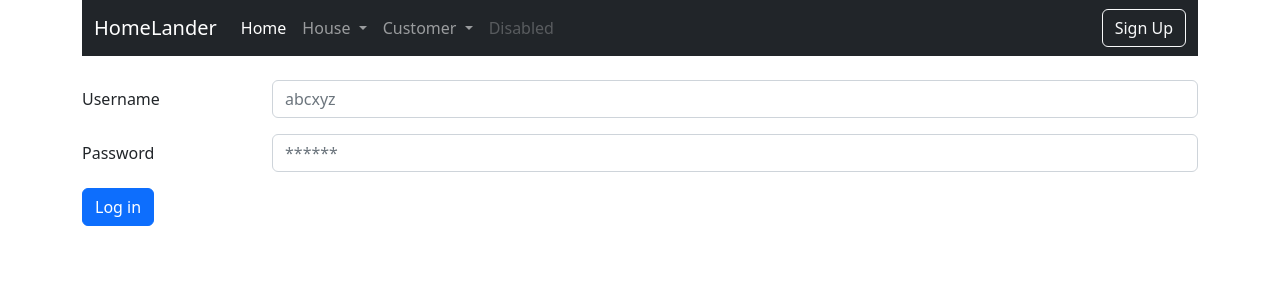
Repository: nguyenhung50497/MD3_caseStudy
Page: src/views/login.html
The author's editor kept a copy of each file at every save. The page is drawn from the files as they stood at one save, then again after a run of saves.
The browser window is 1280 px wide. The pictures show the whole page.

Above is the page before, as saved 2023-01-03 16:55:08.

### src/views/login.html
<!doctype html>
<html lang="en">
  <head>
    <meta charset="utf-8">
    <meta name="viewport" content="width=device-width, initial-scale=1">
    <title>Home</title>
    <link href="https://cdn.jsdelivr.net/npm/bootstrap@5.2.3/dist/css/bootstrap.min.css" rel="stylesheet" integrity="sha384-rbsA2VBKQhggwzxH7pPCaAqO46MgnOM80zW1RWuH61DGLwZJEdK2Kadq2F9CUG65" crossorigin="anonymous">
  </head>
  <body>
    <div class="container" style="width: 90%;">
      <nav class="navbar navbar-dark bg-dark navbar-expand-lg">
        <div class="container-fluid">
          <a class="navbar-brand" href="/house/home">HomeLander</a>
          <button class="navbar-toggler" type="button" data-bs-toggle="collapse" data-bs-target="#navbarSupportedContent" aria-controls="navbarSupportedContent" aria-expanded="false" aria-label="Toggle navigation">
            <span class="navbar-toggler-icon"></span>
          </button>
          <div class="collapse navbar-collapse" id="navbarSupportedContent">
            <ul class="navbar-nav me-auto mb-2 mb-lg-0">
              <li class="nav-item">
                <a class="nav-link active" aria-current="page" href="/house/home">Home</a>
              </li>
              <li class="nav-item dropdown">
                <a class="nav-link dropdown-toggle" href="#" role="button" data-bs-toggle="dropdown" aria-expanded="false">
                  House
                </a>
                <ul class="dropdown-menu">
                  <li><a class="dropdown-item" href="/house/create">Create New House</a></li>
                  <li><a class="dropdown-item" href="/house/home">Search House</a></li>
                  <li><hr class="dropdown-divider"></li>
                  <li><a class="dropdown-item" href="#">Something else here</a></li>
                </ul>
              </li>
              <li class="nav-item dropdown">
                <a class="nav-link dropdown-toggle" href="#" role="button" data-bs-toggle="dropdown" aria-expanded="false">
                  Customer
                </a>
                <ul class="dropdown-menu">
                  <li><a class="dropdown-item" href="/customer/home">All Customer</a></li>
                  <li><a class="dropdown-item" href="/customer/create">Create New Customer</a></li>
                  <li><a class="dropdown-item" href="/customer/home">Search Customer</a></li>
                  <li><hr class="dropdown-divider"></li>
                  <li><a class="dropdown-item" href="#">Something else here</a></li>
                </ul>
              </li>
              <li class="nav-item">
                <a class="nav-link disabled">Disabled</a>
              </li>
            </ul>
            <a href="/customer/signup">
              <button class="btn btn-outline-light" type="submit">Sign Up</button>
            </a>
          </div>
        </div>
      </nav>
      <br>
      <form action="/customer/login" method="post">
        <div class="row mb-3">
          <label for="inputEmail3" class="col-sm-2 col-form-label">Username</label>
          <div class="col-sm-10">
            <input type="text" name="userName" class="form-control" id="inputEmail3" placeholder="abcxyz">
          </div>
        </div>
        <div class="row mb-3">
          <label for="inputPassword3" class="col-sm-2 col-form-label">Password</label>
          <div class="col-sm-10">
            <input type="password" name="password" class="form-control" id="inputPassword3" placeholder="******">
          </div>
        </div>
        <button type="submit" class="btn btn-primary">Log in</button>
      </form>
    </div>
    <script src="https://cdn.jsdelivr.net/npm/bootstrap@5.2.3/dist/js/bootstrap.bundle.min.js" integrity="sha384-kenU1KFdBIe4zVF0s0G1M5b4hcpxyD9F7jL+jjXkk+Q2h455rYXK/7HAuoJl+0I4" crossorigin="anonymous"></script>
  </body>
</html>

After the next 7 saves:
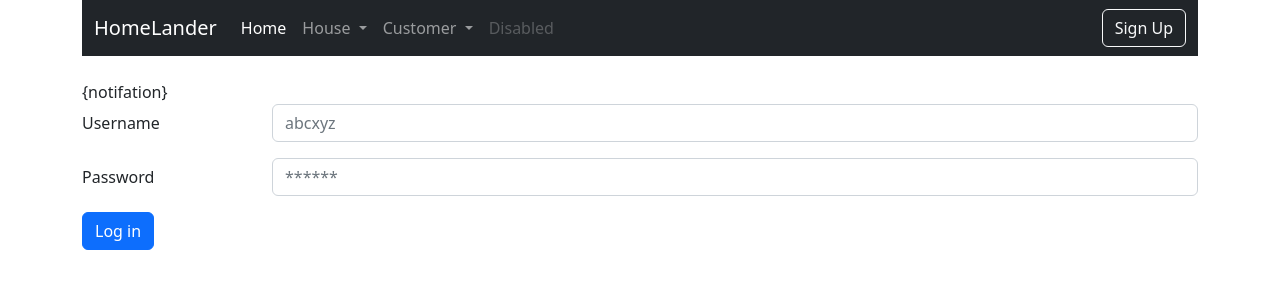
The 7 saves are shown as one change because they came seconds apart.
The last was saved 3 min 52 s later.
--- a/src/views/login.html
+++ b/src/views/login.html
@@ -53,6 +53,7 @@
         </div>
       </nav>
       <br>
+      {notifation}
       <form action="/customer/login" method="post">
         <div class="row mb-3">
           <label for="inputEmail3" class="col-sm-2 col-form-label">Username</label>
